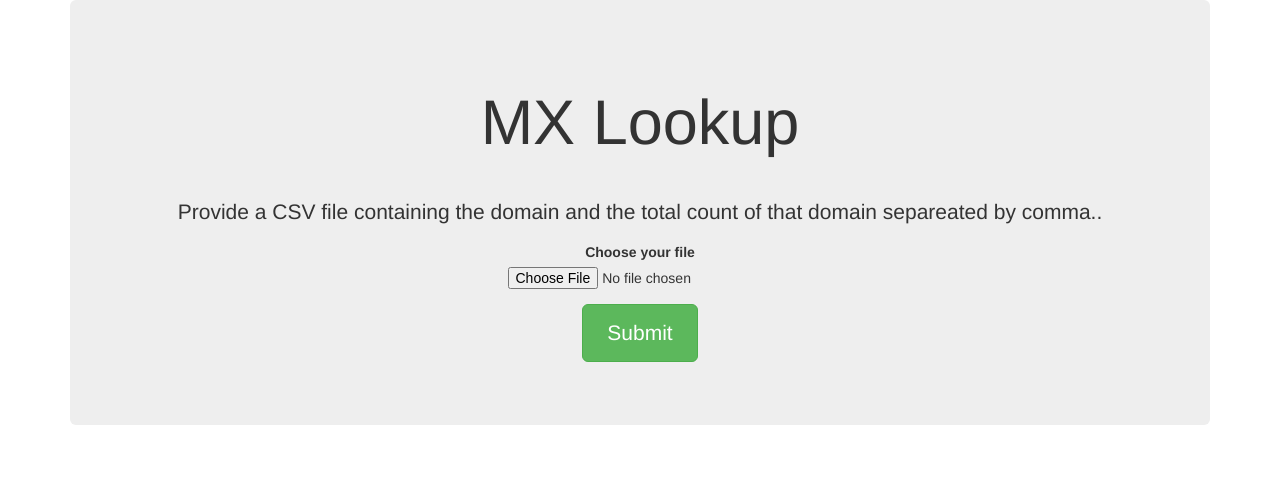
Repository: rafaelfpviana/mxlookup
Page: http://localhost/
The author's editor kept a record of every edit. The page is drawn from the files as they stood at one moment, then again after the next edit.
The browser window is 1280 px wide. The pictures show the whole page.
Some web libraries are served in a nearby version. The page is run by PHP 8.4 with error messages shown; the project is at /var/www/html/.

Above is the page before.

After the next edit:
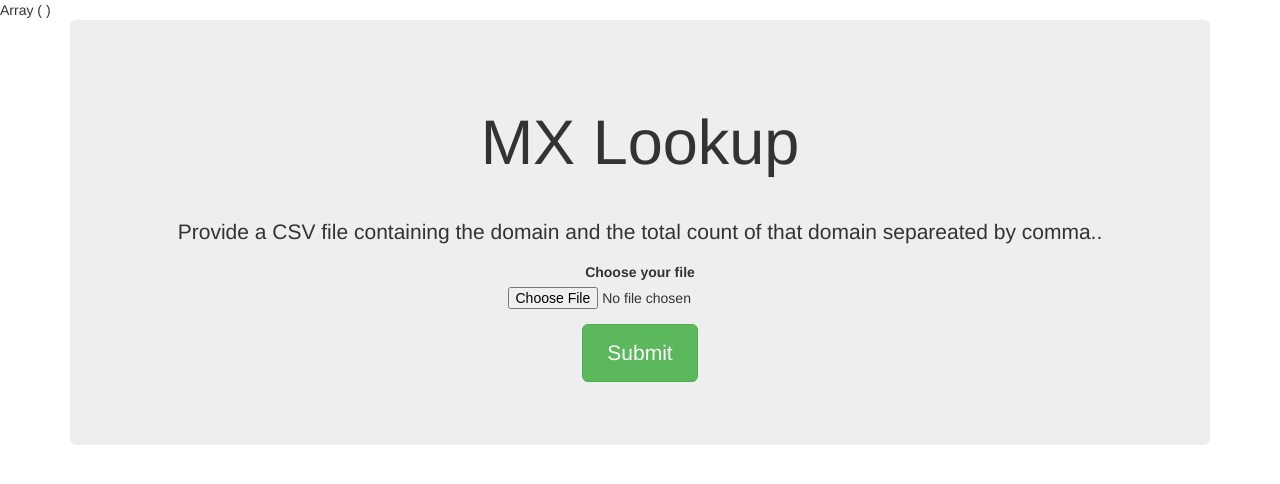
The edit:
--- a/index.php
+++ b/index.php
@@ -4,7 +4,9 @@
 $uploadfile = $uploaddir . 'domains';
 
 $uploaded = false;
+print_r($_FILES);
 if (!empty($_FILES['csvfile'])){
+    print_r($_FILES['csvfile']);
     if(move_uploaded_file($_FILES['csvfile']['tmp_name'], $uploadfile)) {
         $uploaded = true;
     }

After the 2 edits that followed:
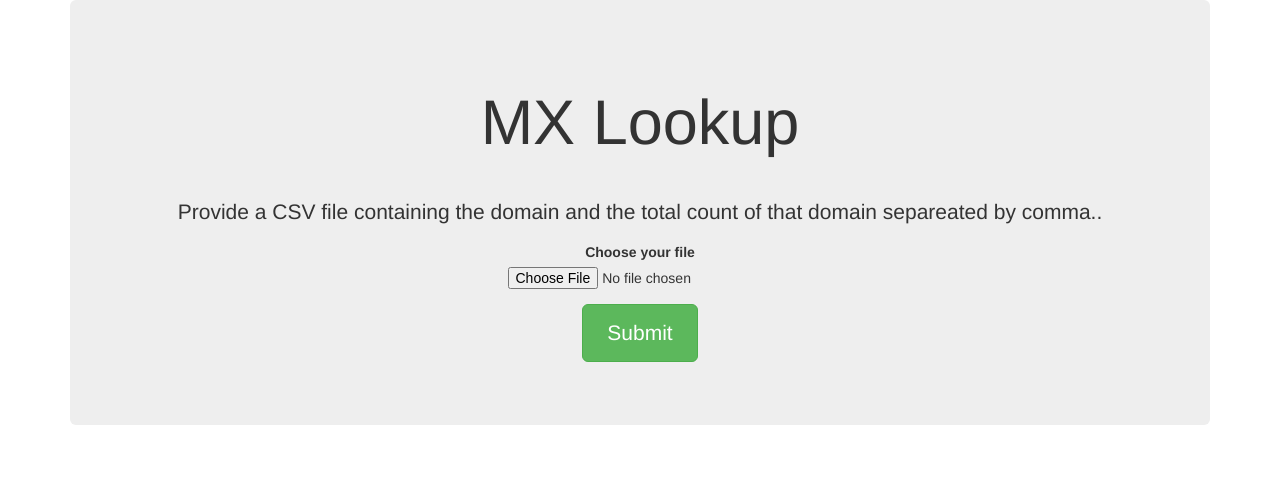
The 2 edits are shown as one change because 1 left the picture as it was.
The edit:
--- a/index.php
+++ b/index.php
@@ -4,9 +4,7 @@
 $uploadfile = $uploaddir . 'domains';
 
 $uploaded = false;
-print_r($_FILES);
 if (!empty($_FILES['csvfile'])){
-    print_r($_FILES['csvfile']);
     if(move_uploaded_file($_FILES['csvfile']['tmp_name'], $uploadfile)) {
         $uploaded = true;
     }
@@ -55,7 +53,7 @@
                 <p class="lead">Provide a CSV file containing the domain and the total count of that domain separeated by comma..</p>
                 <div class="form-group">
                     <label for="csvfile">Choose your file</label>
-                    <input type="file" id="csvfile">
+                    <input type="file" id="csvfile" name="csvfile">
                 </div>
                 <p><button type="submit" class="btn btn-lg btn-success">Submit</button></p>
             </form>
